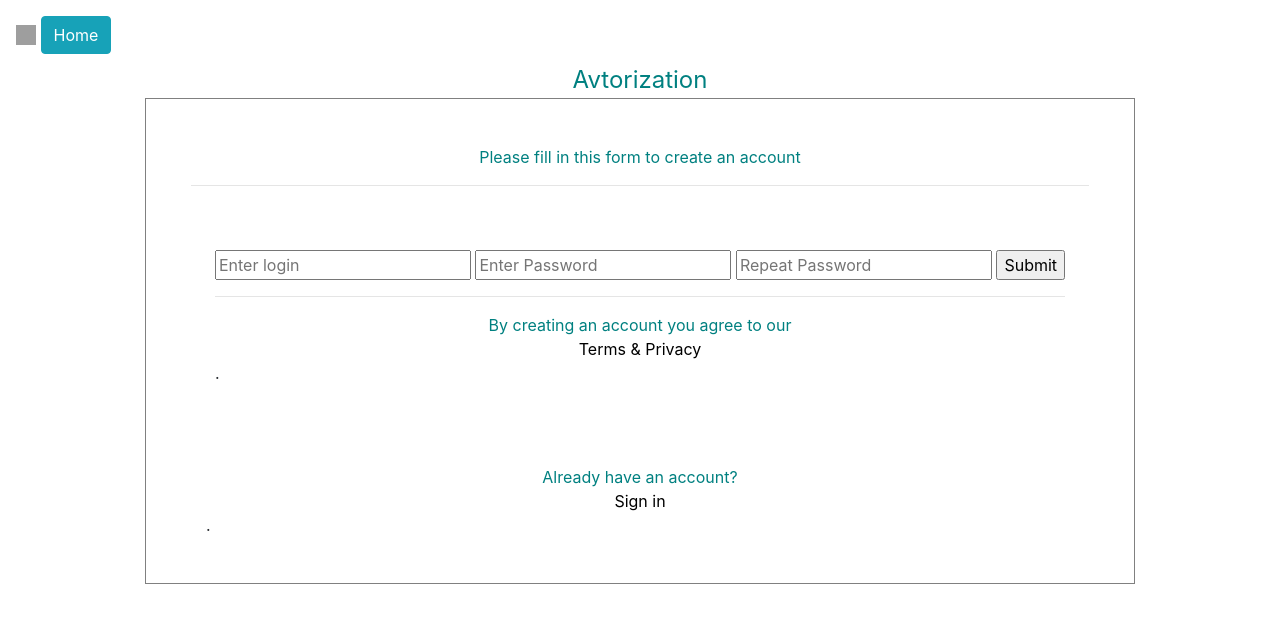
Repository: Serpaton/Work-place
Page: http://localhost/registration
The author's editor kept a copy of each file at every save. The page is drawn from the files as they stood at one save, then again after the next save.
The browser window is 1280 px wide. The pictures show the whole page.
Pictures or frames that could not be fetched are drawn as grey boxes. The page is this project's Thymeleaf template; nobody is signed in. The template is opened directly, without the code that normally fills it, so the values that code supplies are empty.

Above is the page before, as saved 2020-02-24 22:53:04.
Console error: TypeError: Cannot read properties of undefined (reading 'fn')

After the next save:
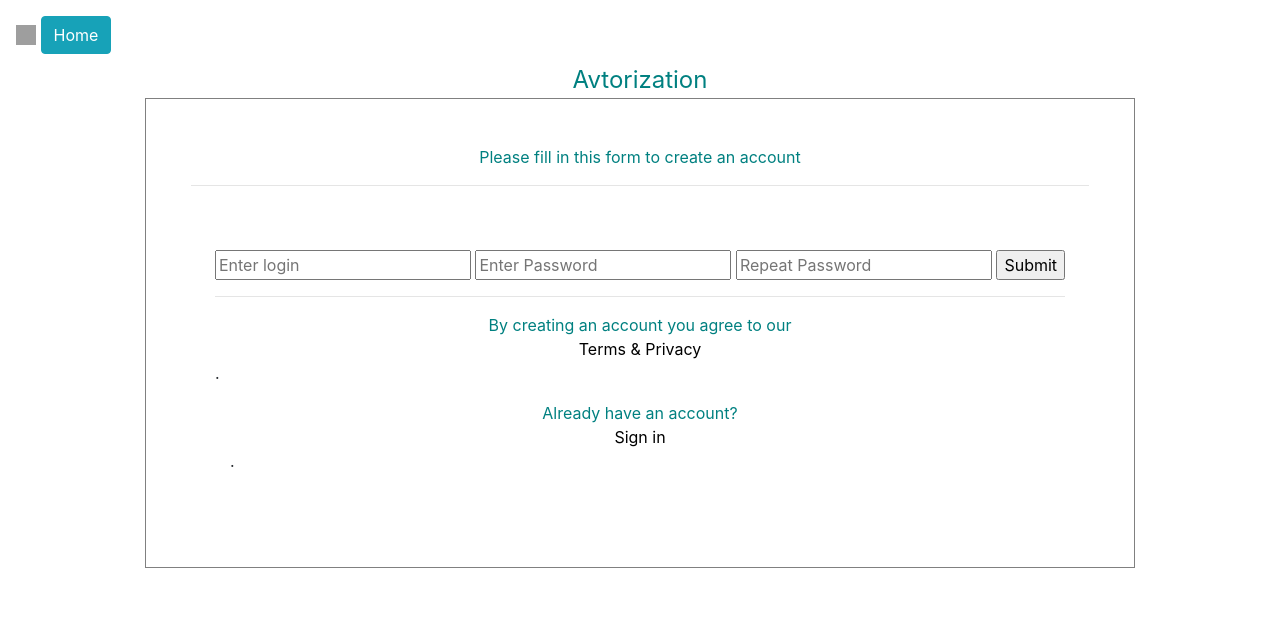
Saved 87 s later.
--- a/My projects/NewsBlogg/NewsBlogg/src/main/resources/templates/registration.html
+++ b/My projects/NewsBlogg/NewsBlogg/src/main/resources/templates/registration.html
@@ -34,7 +34,7 @@
         	<input type="submit"/>
         	<hr>
         	<p><font color="#008080"><center>By creating an account you agree to our </center><a href="#"></font><font color="#000000"><center>Terms & Privacy</center></font></a>.</p>
-</div>
+
 
 <div class="container signin">
 <p><font color="#008080"><center>Already have an account? </center><a href="login"></font><font color="#000000"><center>Sign in</center></font></a>.</p>
